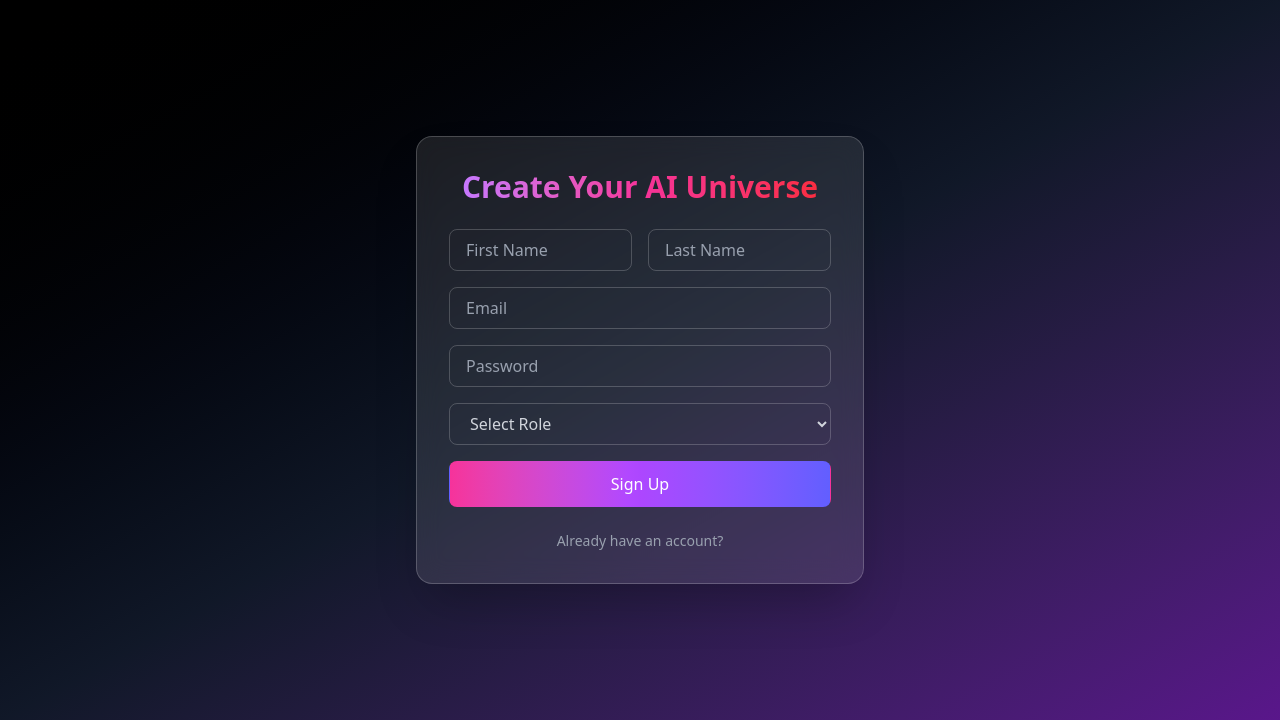
Repository: vartularora45/aiuniversebuilder
Page: /signup (app in frontend/)
An editor plug-in stored every save of this project. The page is shown before and after a run of saves, followed by the edit.
The browser window is 1280 px wide. The pictures show the whole page.
The project was rebuilt for these pictures with package versions that can differ from the ones it lists, and the page was loaded fresh each time. Also part of the build but not shown: frontend/vite.config.js, frontend/src/pages/LandingPage.jsx, frontend/src/pages/LoginPage.jsx.

Above is the page before, as saved 2025-08-02 21:30:49.

After the next 2 saves:
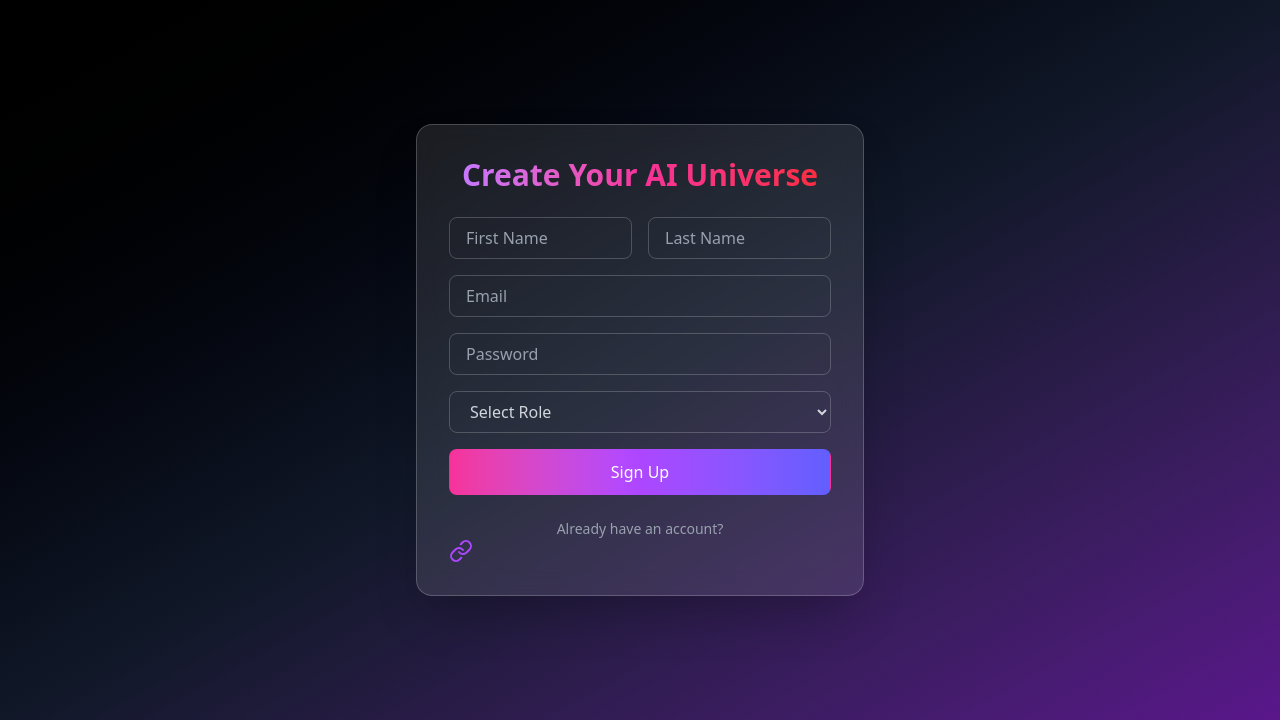
The 2 saves are shown as one change because they came seconds apart.
The last was saved 8 s later.
--- a/frontend/src/pages/SignupPage.jsx
+++ b/frontend/src/pages/SignupPage.jsx
@@ -1,3 +1,4 @@
+import { Link } from "lucide-react";
 import React from "react";
 
 const SignUpPage = () => {
@@ -55,7 +56,12 @@ const SignUpPage = () => {
 
         <p className="text-center mt-6 text-sm text-gray-400">
           Already have an account?{" "}
-
+         <Link
+            to="/login"
+            className="text-purple-500 hover:underline hover:text-purple-700"
+          >
+            Login
+          </Link>
         </p>
       </div>
     </div>
